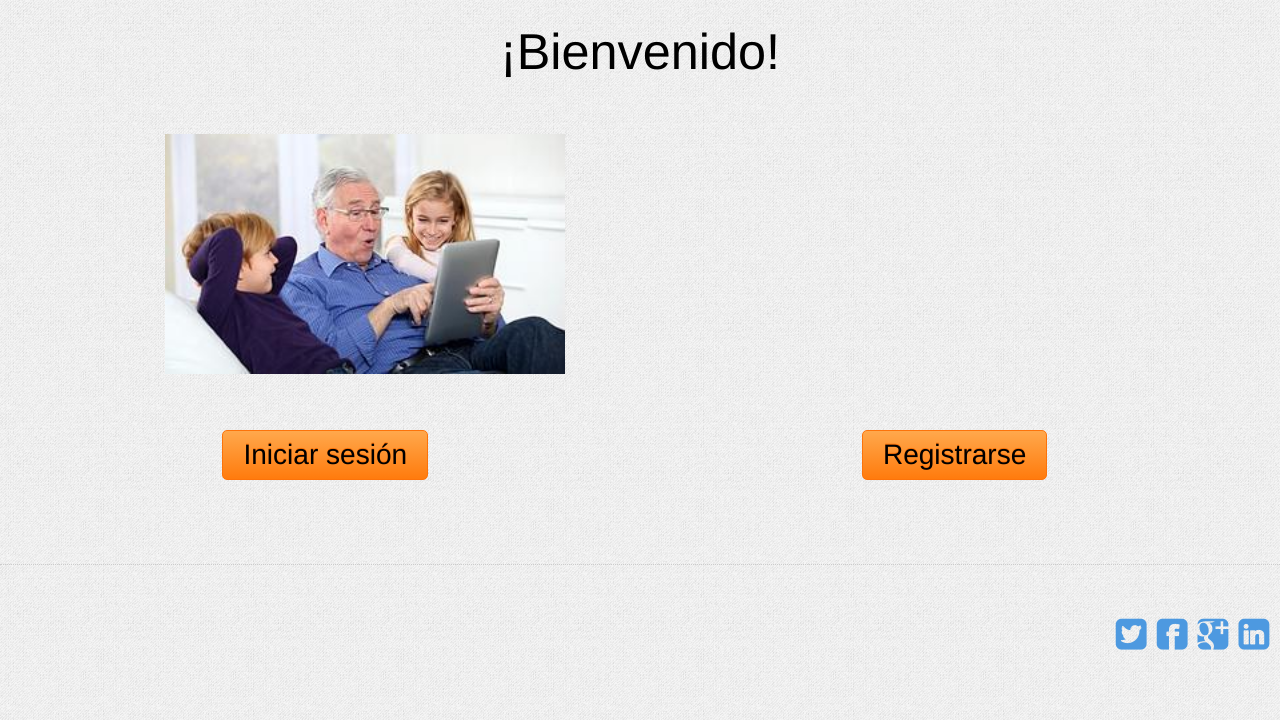
Repository: SCeruso/RememberMe
Page: bienvenido.html
The author's editor kept a record of every edit. The page is drawn from the files as they stood at one moment, then again after the next edit.
The browser window is 1280 px wide. The pictures show the whole page.
Some web libraries are served in a nearby version.

Above is the page before.

After the next edit:
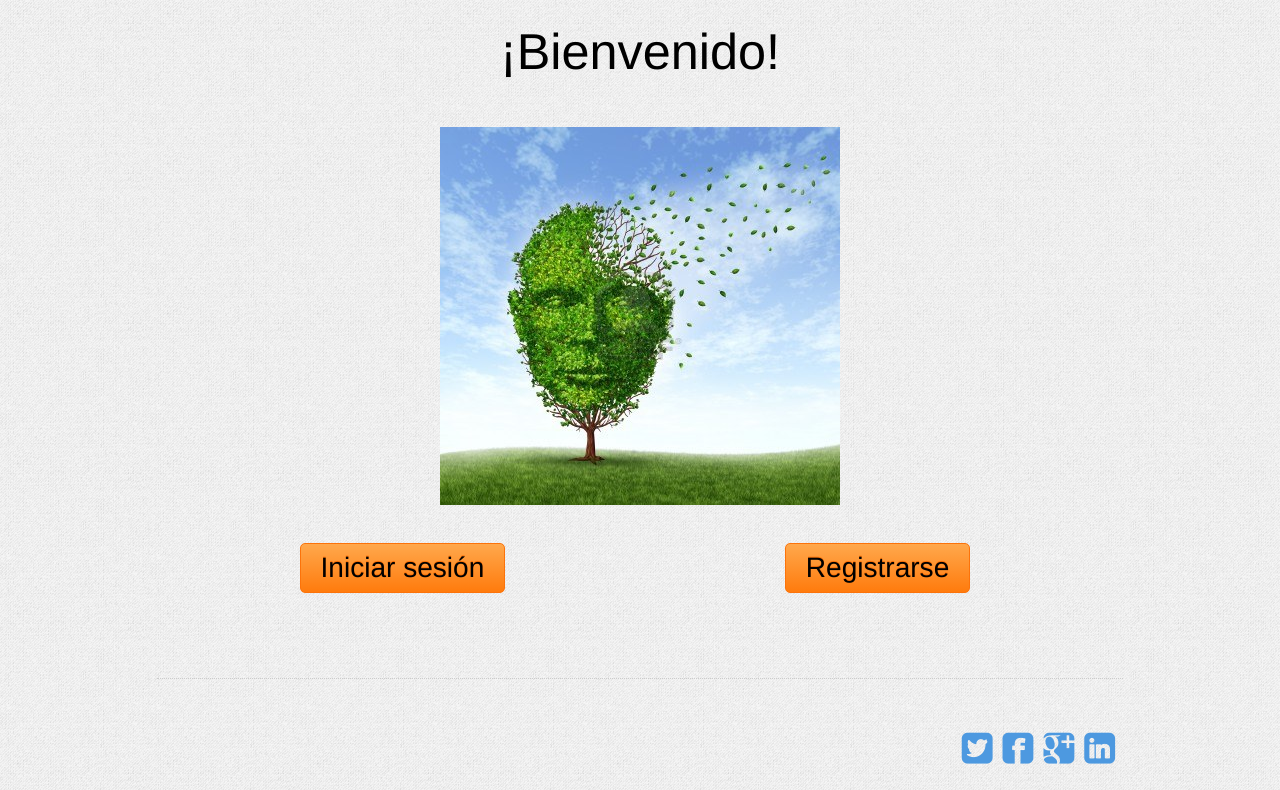
The edit:
--- a/bienvenido.html
+++ b/bienvenido.html
@@ -23,10 +23,8 @@
         	</h1>
 		<br />
 		<div class="col_2"></div>
-		<div class="col_8 center"></div>
-
-			<img src="imagenes/domingo-saludable-mayores--300x180.jpg" width="400" height="350" />
-			</p>
+		<div class="col_8 center">
+			<img src="imagenes/jaja.jpg" width="400" height="350" />
 		</div>
 		<div class="col_2"></div>
 	</div>
